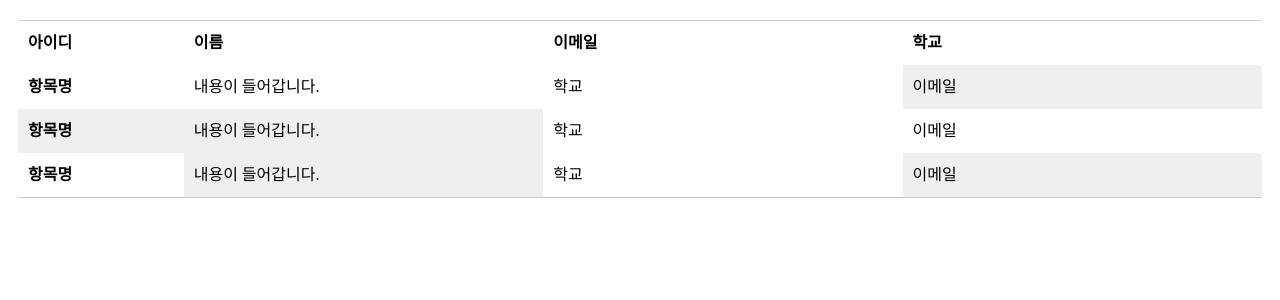
Repository: LeeHyukJe/LHJ
Page: http://localhost/mybbs/mybbs/member_list.jsp
The author's editor kept a copy of each file at every save. The page is drawn from the files as they stood at one save, then again after the next save.
The browser window is 1280 px wide. The pictures show the whole page.
The page is served by Tomcat 9.

Above is the page before, as saved 2017-09-25 00:34:23.

After the next save:
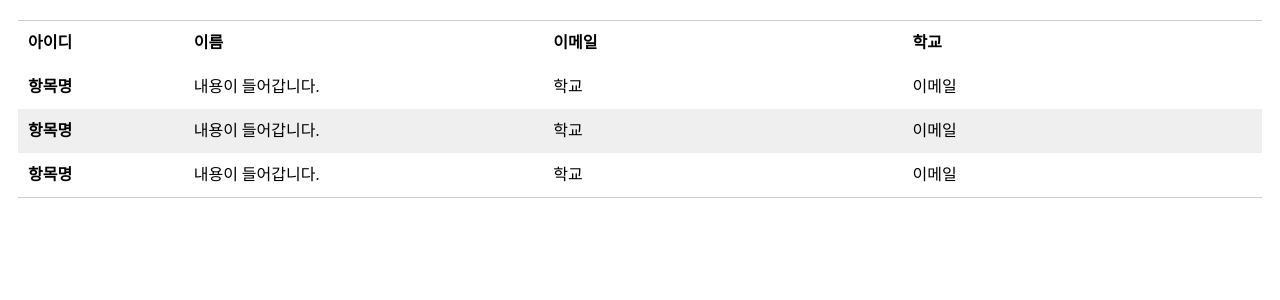
Saved 64 s later.
--- a/mybbs/WebContent/mybbs/member_list.jsp
+++ b/mybbs/WebContent/mybbs/member_list.jsp
@@ -19,19 +19,19 @@
         <th scope="row">항목명</th>
         <td>내용이 들어갑니다.</td>
         <td>학교</td>
-        <td class="even">이메일</td>
+        <td>이메일</td>
     </tr>
     <tr>
         <th scope="row" class="even">항목명</th>
         <td class="even">내용이 들어갑니다.</td>
-        <td>학교</td>
-        <td>이메일</td>
+        <td class="even">학교</td>
+        <td class="even">이메일</td>
     </tr>
     <tr>
         <th scope="row">항목명</th>
-        <td class="even">내용이 들어갑니다.</td>
+        <td>내용이 들어갑니다.</td>
         <td>학교</td>
-        <td class="even">이메일</td>
+        <td>이메일</td>
     </tr>
 </table>
 
